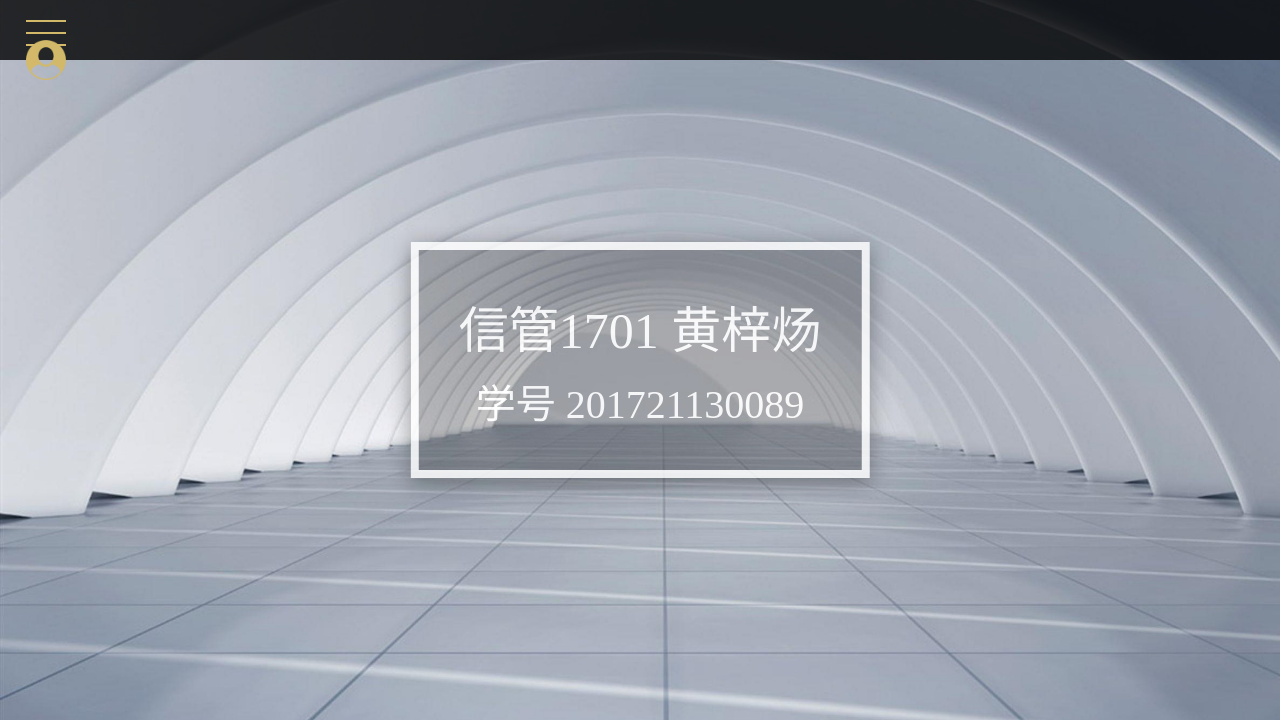
Repository: ustc-hzy/ziYang
Page: index.html
These files come from the project's save history. The page is drawn as it stood at one moment and after the next save; the edit follows.
The browser window is 1280 px wide. The pictures show the whole page.

Above is the page before, as saved 2020-06-19 11:34:03.

### index.html
<!DOCTYPE html>
<html lang="en">
<head>
    <meta charset="UTF-8">
    <meta name="viewport" content="width=device-width, initial-scale=1.0">
    <link rel="stylesheet" href="css/style.css" type="text/css">
    <link rel="stylesheet" href="css/index.css" type="text/css">
    <title>主页</title>
</head>
<body>
    <header>
        <!-- 导航栏内容 -->
        <div class="inner">
            <!-- 用于控制菜单栏开关 -->
            <input type="checkbox" id="ham">
            <!-- 菜单栏icon -->
            <label for="ham" class="top-line">
                <div class="hamburger-container">
                    <span></span>
                    <span></span>
                    <span></span>
                </div>
                <a href="#"><img src="img/login.png" width="40px"></a>
            </label>
            <!-- 菜单栏各项 -->
            <nav>
                <ul>
                    <li><a href="index.html">网站首页</a></li>
                    <li><a href="resume.html">个人简历</a></li>
                    <li><a href="album.html">旅行相册</a></li>
                    <li><a href="episode.html">剧集收藏</a></li>
                </ul>
            </nav>
            <!-- 打开菜单栏的遮罩 -->
            <div class="mask"></div>
        </div>
        <!-- 主页展示内容 -->
        <div class="name-container">
            <div class="mid-name">
                <div>信管1701 黄梓炀</div>
                <div class="id">学号 201721130089</div>
            </div>
        </div>
    </header>
</body>
</html>

### css/style.css
/* 导航栏背景 */
header{
    height: 60px;
    background-color: #000000;
    opacity: 0.8;
}
/* 导航栏内部 */
.inner{
    width: 96%;
    margin: auto;
}
/* 用于开关的checkbox */
#ham{
    display: none;
}
/* 当chexkbox选中时，改变第一条线 */
#ham:checked + label .hamburger-container span:nth-child(1){
    transform: rotate(45deg);
    top: 12px;
    transition: transform .3s ease-in-out, top .3s ease-in-out 3s;
}
/* 当chexkbox选中时，第二条线消失 */
#ham:checked + label .hamburger-container span:nth-child(2){
    opacity: 0;
}
/* 当chexkbox选中时，改变第三条线 */
#ham:checked + label .hamburger-container span:nth-child(3){
    transform: rotate(-45deg);
    top: -12px;
    transition: transform .3s ease-in-out, top .3s ease-in-out 3s;
}
/* 导航栏icon的第二天横线 */
.hamburger-container span:nth-child(2){
    margin-top: 10px;
    transition: opacity .1s ease-in-out .1s;
}
/* 导航栏icon的第三天横线 */
.hamburger-container span:nth-child(3){
    margin-top: 10px;
}
/* 导航栏icon */
.hamburger-container{
    display: block;
    width: 40px;
    height: 40px;
    position: relative;
    top: 20px;
    z-index: 100;
}
/* 导航栏icon的横线 */
.hamburger-container span{
    display: block;
    height: 2px;
    background-color: #dbba53;
    position: relative;
    transition: transform .3s ease-in-out, top .3s ease-in-out .3s;
}
/* 菜单栏子项总的效果 */
nav{
    position: absolute;
    z-index: 100;
    color: #fff;
    top: 50px;
    transform: scaleY(0); /* 垂直方向缩小到0，即关闭 */
    transition: all .3s ease-in-out;
    transform-origin: 50% 0; /* 将中心点移到顶部 */
    opacity: 0; /* 渐入渐出效果 */
}
/* 当chexkbox选中时，展示nav */
#ham:checked ~ nav{
    transform: scaleY(1); /* 垂直方向扩大到1，即打开 */
    opacity: 1;
    transition: all .3s ease-in-out;
}
/* 导航栏的遮罩 */
.mask {
    width: 100vw;
    height: 100vh;
    position: fixed;
    top: 0;
    left: 0;
    background: #000000;
    opacity: 0;
    z-index: 10; /* 防止遮住要显示的部分 */
    transform: scaleY(0);
    transform-origin: 50% 0;
    transition: all .3s ease-in-out;
}
/* 当chexkbox选中时，打开遮罩 */
#ham:checked ~ .mask{
    opacity: 0.9;
    transform: scaleY(1);
    transition: all .3s ease-in-out;
}
nav ul{
    position: relative;
    right: 40px;
    margin-top: 2em;
    list-style-type:none;
    font-size: 30px;
}
nav ul li{
    padding: 0.5em;
}
nav ul li:hover{
    border-right: 10px solid #dbba53;
}
nav ul li:hover > a{
    color: #dbba53;
}
/* 导航栏菜单项 */
nav a{
    text-decoration: none;
    color: #ffffff;
}
/* 居中姓名框 */
.name-container{
    position: absolute;
    top: 50%;
    left: 50%;
    transform: translate(-50%,-50%);
    z-index: 1;
    background-color: rgba(0,0,0,0.3); /* 此处使用opacity会让文字也变透明 */
    box-shadow: 0 5px 20px rgba(26,26,26,0.5);
}
/* 居中姓名 */
.mid-name{
    color: #fff;
    font-size: 50px;
    border: 8px solid #fff;
    padding: 40px;
    text-align: center;
}
/* 居中学号 */
.mid-name .id{
    margin-top: 10px;
    font-size: 40px;
}
/* a img{
    position: relative;
    bottom: 30px;
    left: 1450px;
} */

### css/index.css
/* 背景图片 */
body {
    height: 100vh;
    width: 100vw;
    margin: 0 auto;
    padding: 0 0 ;
    background-color: #000000;
    background-image: url(../img/user_bg.jpg);
    background-repeat: no-repeat;
    background-size: cover;
    overflow: auto;
}

After the next save:
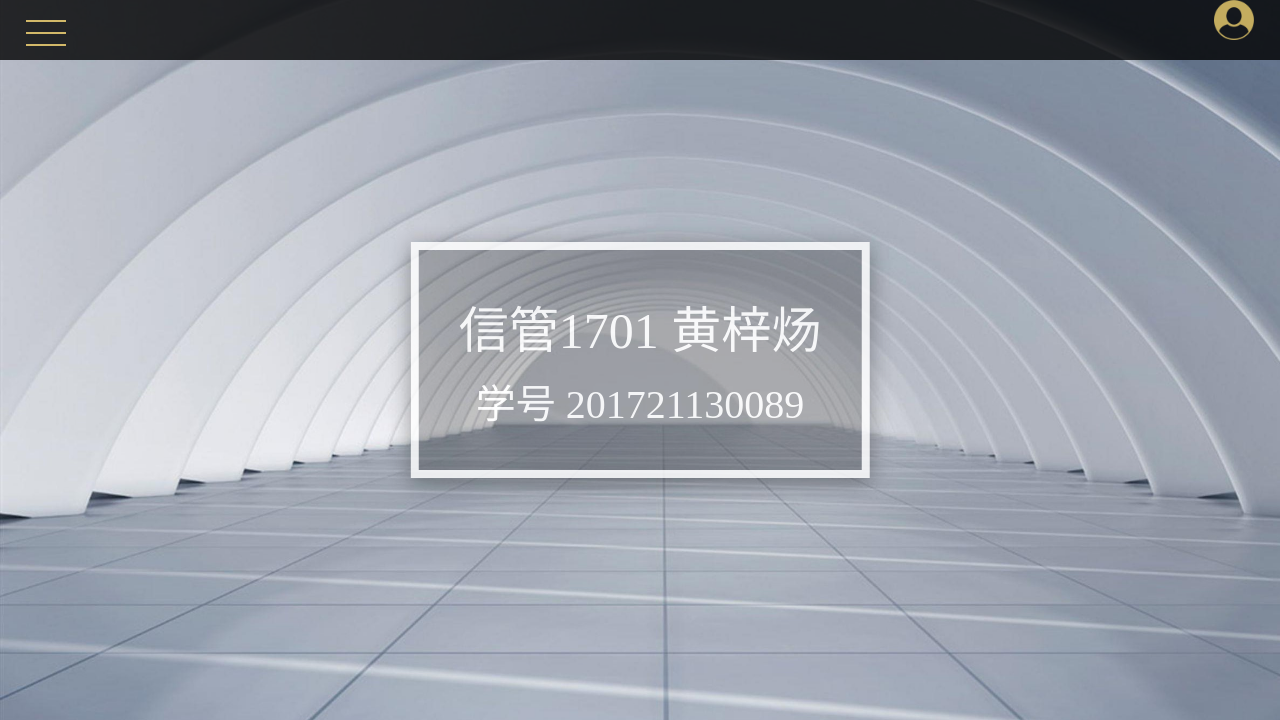
Saved 2 s later.
--- a/css/style.css
+++ b/css/style.css
@@ -141,3 +141,8 @@ nav a{
     bottom: 30px;
     left: 1450px;
 } */
+.top-line{
+    display: flex;
+    flex-wrap: nowrap;
+    justify-content: space-between;
+}
